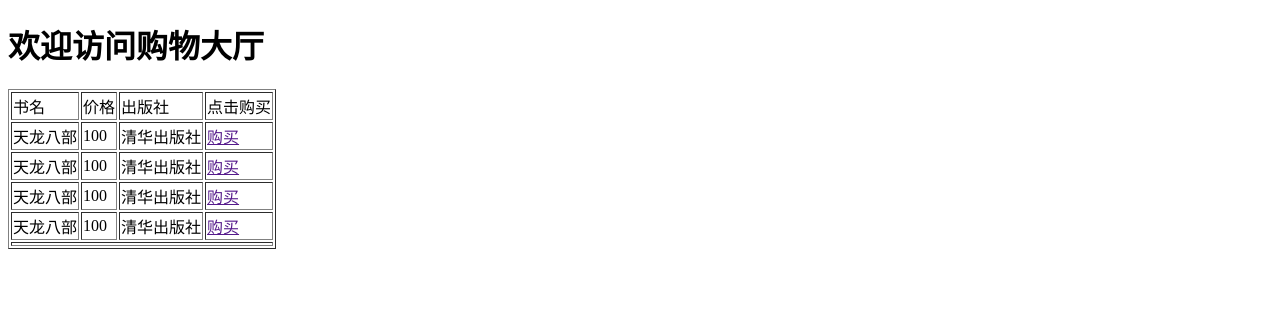
Repository: Elewei/learn-java
Page: http://localhost/shopcart/
The author's editor kept a copy of each file at every save. The page is drawn from the files as they stood at one save, then again after the next save.
The browser window is 1280 px wide. The pictures show the whole page.
The page is served by Tomcat 9. Other server files are loaded and not shown.

Above is the page before, as saved 2016-12-02 13:25:15.

### shopcart-system/shopcart/WebContent/index.jsp
<%@ page language="java" contentType="text/html; charset=UTF-8"
    pageEncoding="UTF-8"%>
<!DOCTYPE html PUBLIC "-//W3C//DTD HTML 4.01 Transitional//EN" "http://www.w3.org/TR/html4/loose.dtd">
<html>
<head>
<meta http-equiv="Content-Type" content="text/html; charset=UTF-8">
<title>Insert title here</title>
</head>
<body>
	<jsp:forward page="/WEB-INF/hall.jsp"></jsp:forward>

</body>
</html>

### shopcart-system/shopcart/WebContent/WEB-INF/hall.jsp
<%@ page language="java" contentType="text/html; charset=UTF-8"
    pageEncoding="UTF-8"%>
<!DOCTYPE html PUBLIC "-//W3C//DTD HTML 4.01 Transitional//EN" "http://www.w3.org/TR/html4/loose.dtd">
<html>
<head>
<meta http-equiv="Content-Type" content="text/html; charset=UTF-8">
<title>Insert title here</title>
</head>
<body>
	<h1>欢迎访问购物大厅</h1>
	<table border="1" >
		<tr><td>书名</td><td>价格</td><td>出版社</td><td>点击购买</td></tr>
		<tr><td>天龙八部</td><td>100</td><td>清华出版社</td><td><a href="">购买</a></td></tr>
		<tr><td>天龙八部</td><td>100</td><td>清华出版社</td><td><a href="">购买</a></td></tr>
		<tr><td>天龙八部</td><td>100</td><td>清华出版社</td><td><a href="">购买</a></td></tr>
		<tr><td>天龙八部</td><td>100</td><td>清华出版社</td><td><a href="">购买</a></td></tr>
		<tr><td colspan="4"><inpput type="button" value="购物车"></td></tr>
	</table>
</body>
</html>

After the next save:
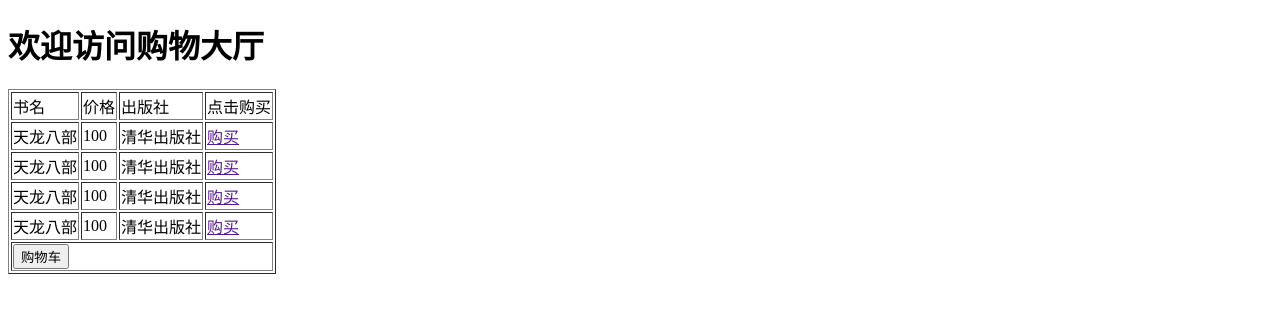
Saved 18 s later.
--- a/shopcart-system/shopcart/WebContent/WEB-INF/hall.jsp
+++ b/shopcart-system/shopcart/WebContent/WEB-INF/hall.jsp
@@ -14,7 +14,7 @@
 		<tr><td>天龙八部</td><td>100</td><td>清华出版社</td><td><a href="">购买</a></td></tr>
 		<tr><td>天龙八部</td><td>100</td><td>清华出版社</td><td><a href="">购买</a></td></tr>
 		<tr><td>天龙八部</td><td>100</td><td>清华出版社</td><td><a href="">购买</a></td></tr>
-		<tr><td colspan="4"><inpput type="button" value="购物车"></td></tr>
+		<tr><td colspan="4"><input type="button" value="购物车"></td></tr>
 	</table>
 </body>
 </html>
